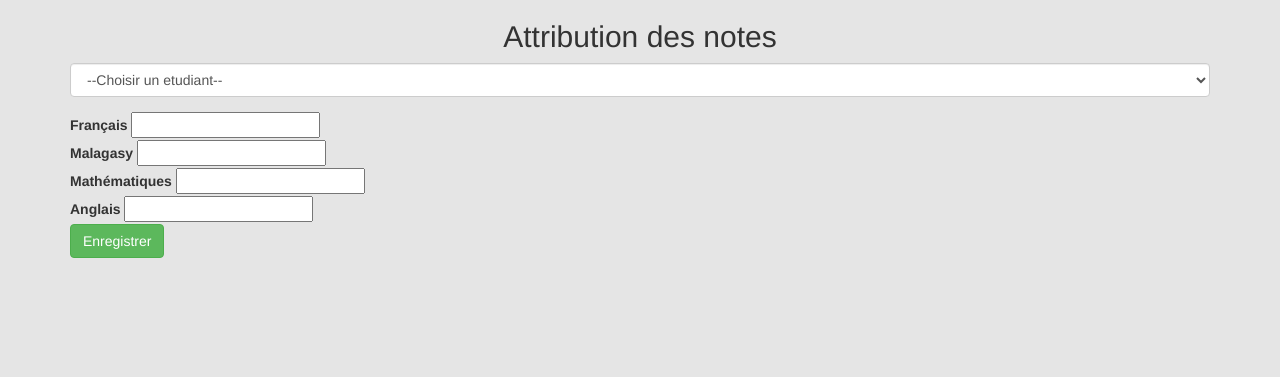
Repository: mitantsoa1/CRUD-note
Page: http://localhost/note
An editor plug-in stored every save of this project. The page is shown before and after the next save, followed by the edit.
The browser window is 1280 px wide. The pictures show the whole page.
The page is run by PHP 8.4 with error messages shown; the project is at /var/www/html/. The database holds what the project's SQL file puts in it.

Above is the page before, as saved 2021-02-12 12:49:42.
Console error: SyntaxError: Unexpected token '<'

After the next save:
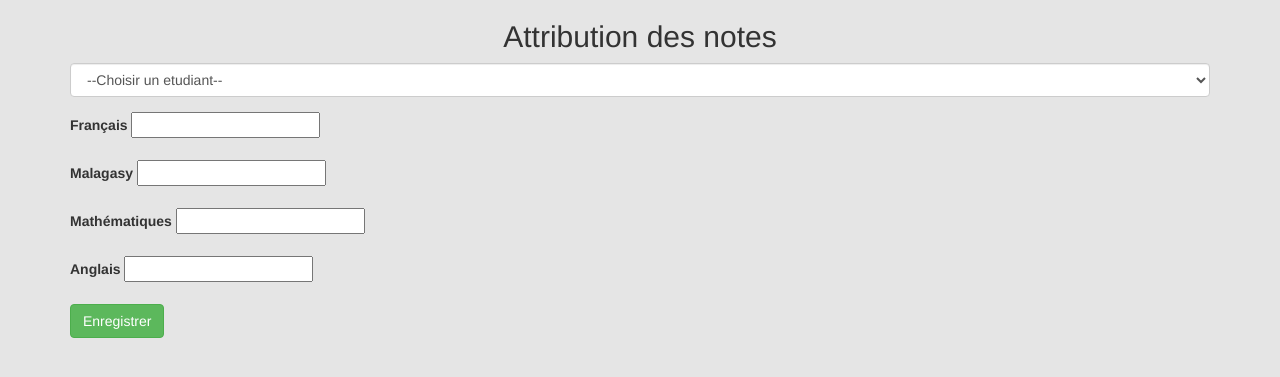
Saved 33 s later.
--- a/Views/note2.php
+++ b/Views/note2.php
@@ -34,14 +34,14 @@ Controllers::includeCSS(["all","bootstrap.min","sweetalert2.min","style","util"]
 
             ?>
             <label for="">Français</label>
-            <input type="number" id="fr" class="form-controle"><br>
+            <input type="number" id="fr" class="form-controle"><br><br>
             <label for="">Malagasy</label>
-            <input type="number" id="mal" class="form-controle"><br>
+            <input type="number" id="mal" class="form-controle"><br><br>
 
             <label for="">Mathématiques</label>
-            <input type="number" id="maths" class="form-controle"><br>
+            <input type="number" id="maths" class="form-controle"><br><br>
             <label for="">Anglais</label>
-            <input type="number" id="ang" class="form-controle"><br>
+            <input type="number" id="ang" class="form-controle"><br><br>
 
                 <a href="#" class="btn btn-success" id="b_note">Enregistrer</a>
                 <a href="#" id="b_matiere_modif" class="hide btn btn-success">Modifier</a>
